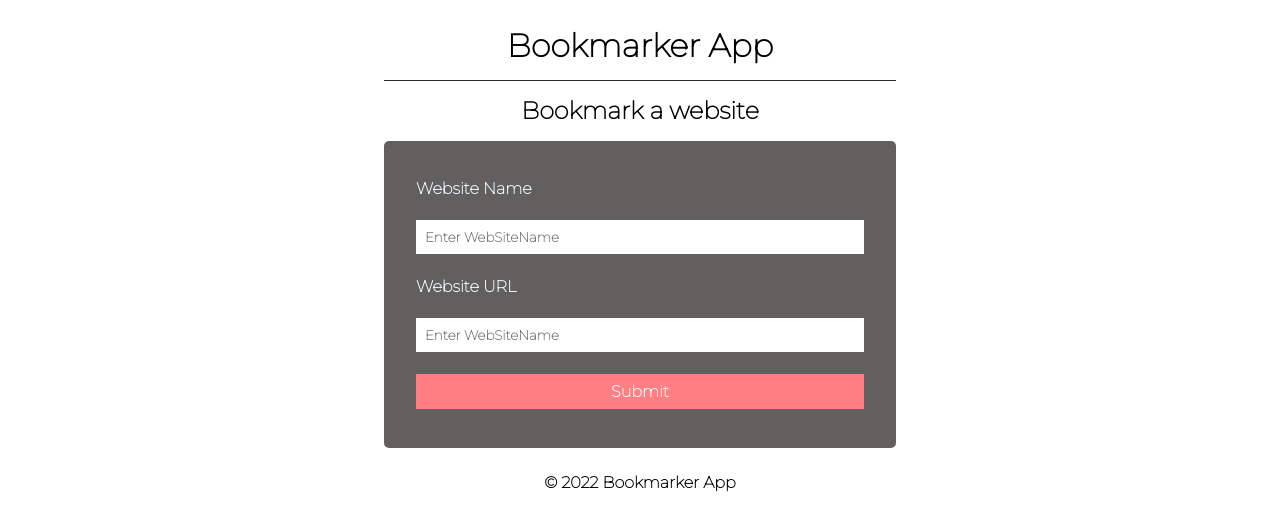
Repository: Suporl9/BookMarkerApp
Page: index.html
An editor plug-in stored every save of this project. The page is shown before and after the next save, followed by the edit.
The browser window is 1280 px wide. The pictures show the whole page.

Above is the page before, as saved 2021-11-21 21:23:26.

After the next save:
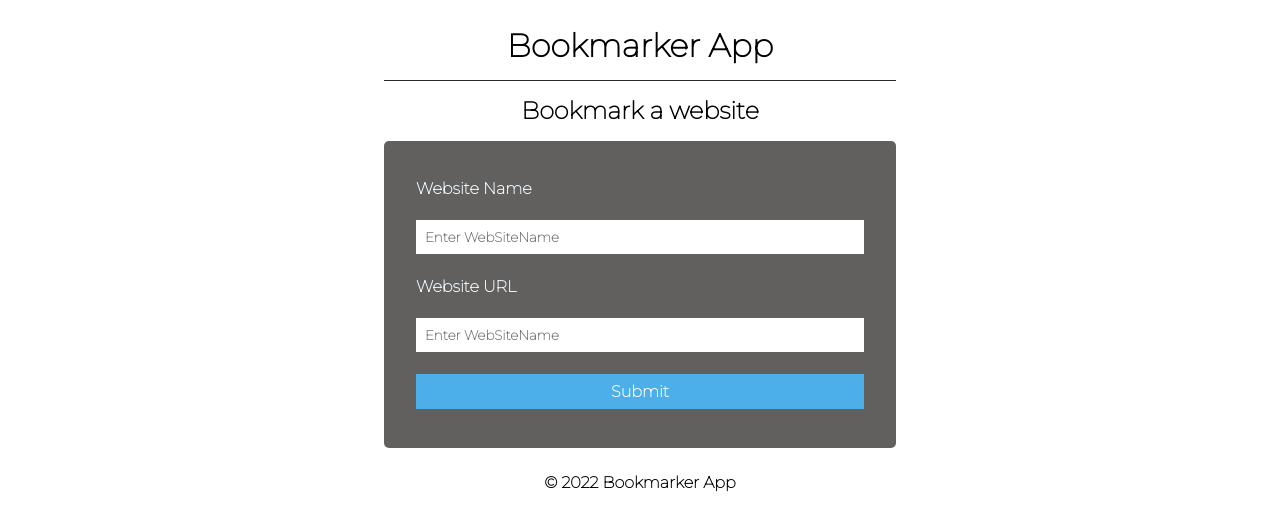
Saved 3 min 0 s later.
--- a/style.css
+++ b/style.css
@@ -79,7 +79,7 @@ body {
   /* font-size: 14px; */
   font-size: 16px;
   font-weight: 900;
-  background-color: rgb(255, 127, 133);
+  background-color: rgb(76, 175, 233);
 }
 .inpClass {
   margin-top: 5%;
